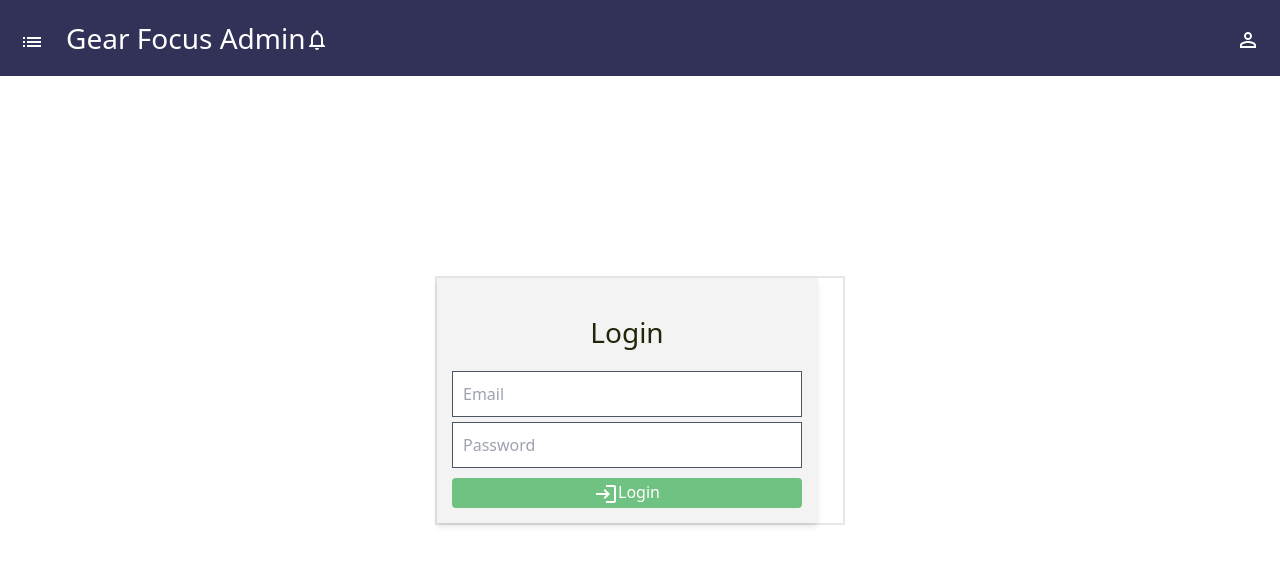
Repository: Kiendz3202/projectFinalPGS
Page: /home
These files come from the project's save history. The page is drawn as it stood at one moment and after the next save; the edit follows.
The browser window is 1280 px wide. The pictures show the whole page.
The project was rebuilt for these pictures with package versions that can differ from the ones it lists, and the page was loaded fresh each time. Also part of the build but not shown: src/App.css, src/pages/HomePage.tsx, src/components/navbar/Navbar.tsx.

Above is the page before, as saved 2022-03-08 15:09:29.

After the next save:
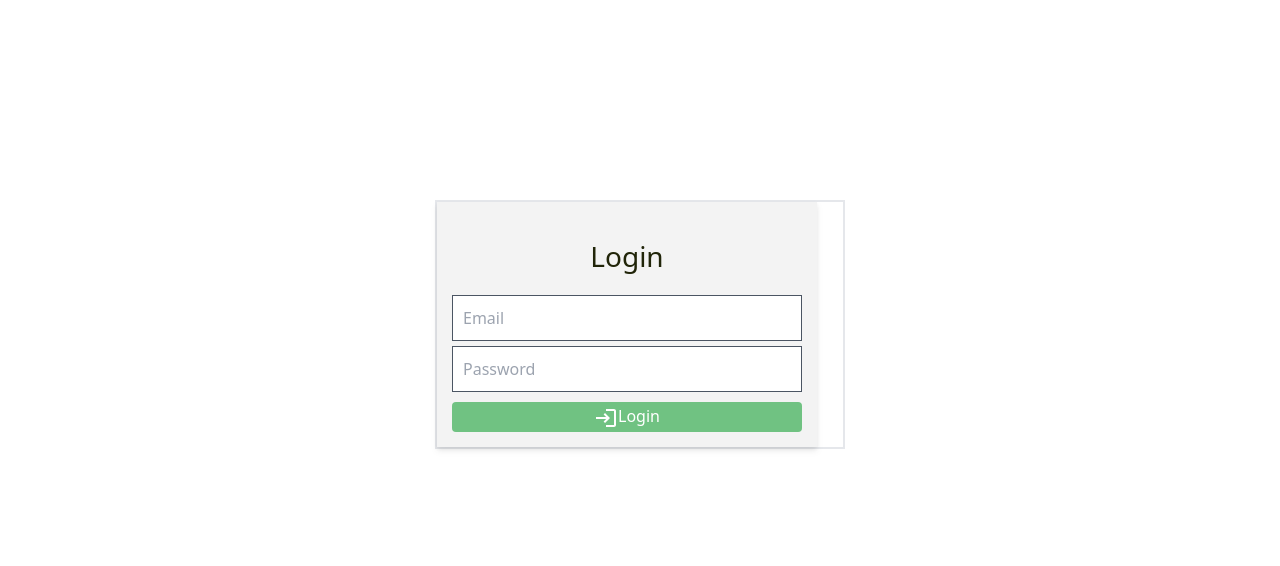
Saved 27 s later.
--- a/src/App.tsx
+++ b/src/App.tsx
@@ -15,7 +15,7 @@ function App() {
   }
   return (
     <Fragment>
-    <Header />
+    {loginSuccess ?? <Header />}
     <div className='flex w-full'>
     {loginSuccess ?? <Navbar /> }
     <Router />
